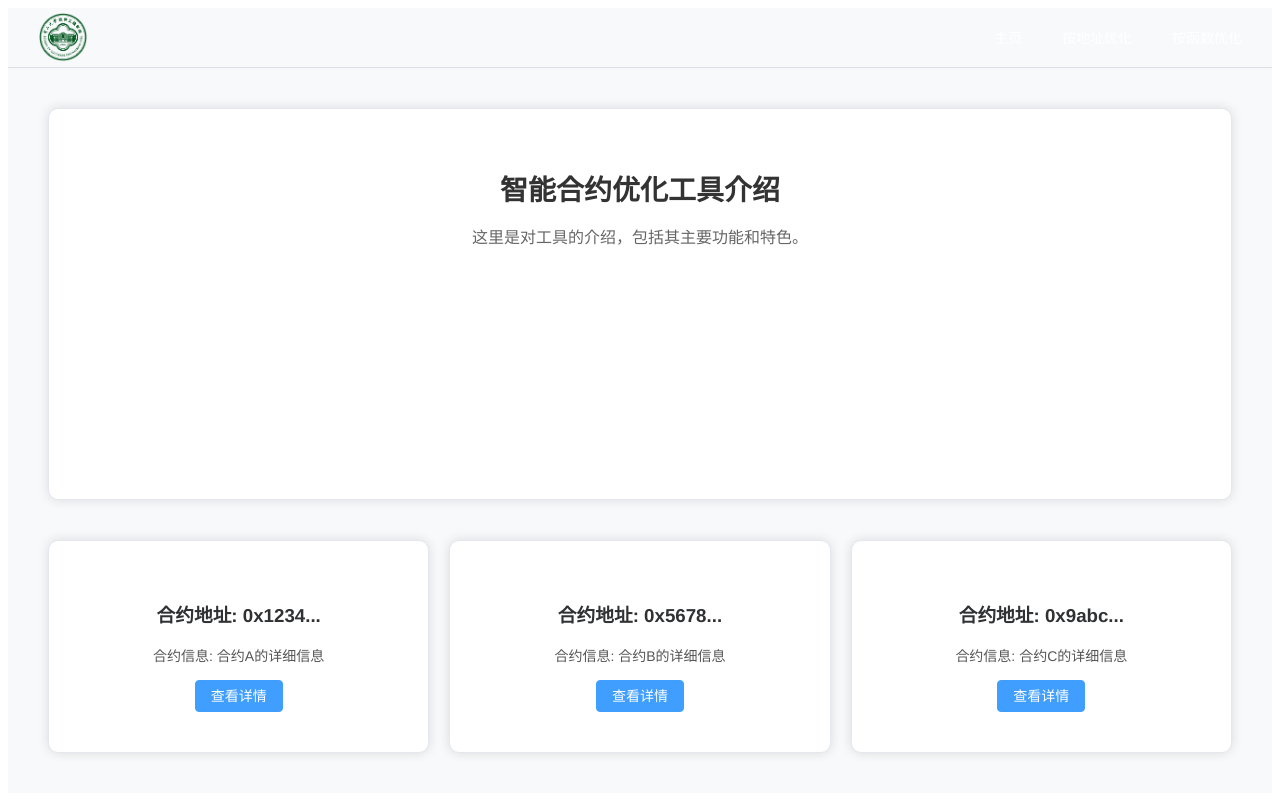
Repository: syckcoding/SmartHalo
Page: /
The author's editor kept a copy of each file at every save. The page is drawn from the files as they stood at one save, then again after a run of saves.
The browser window is 1280 px wide. The pictures show the whole page.
The project was rebuilt for these pictures with package versions that can differ from the ones it lists, and the page was loaded fresh each time. Also part of the build but not shown: vite.config.js, src/views/Detail.vue.

Above is the page before, as saved 2024-10-05 11:23:42.

After the next 2 saves:
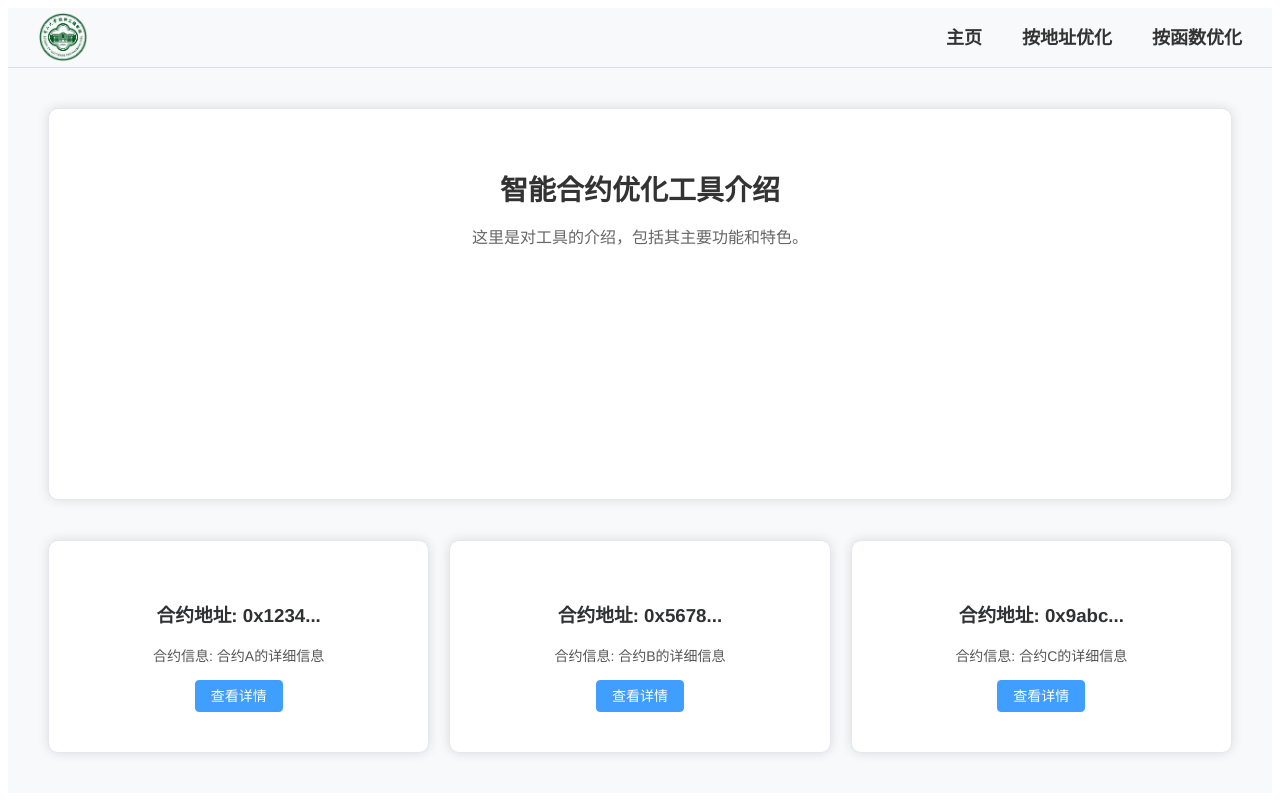
The 2 saves are shown as one change because 1 did not build or start.
The last was saved 41 s later.
--- a/src/components/Navbar.vue
+++ b/src/components/Navbar.vue
@@ -135,7 +135,11 @@ export default {
 }
 
 .el-menu-demo .el-menu-item {
-  color: #fff;
+  color: #333;
+  font-size: 18px;  /* 字体稍微调大一点 */
+  font-weight: bold;  /* 字体调粗一点 */
+  padding: 0 20px;
+  transition: color 0.3s ease;
 }
 
 .menu-right {
